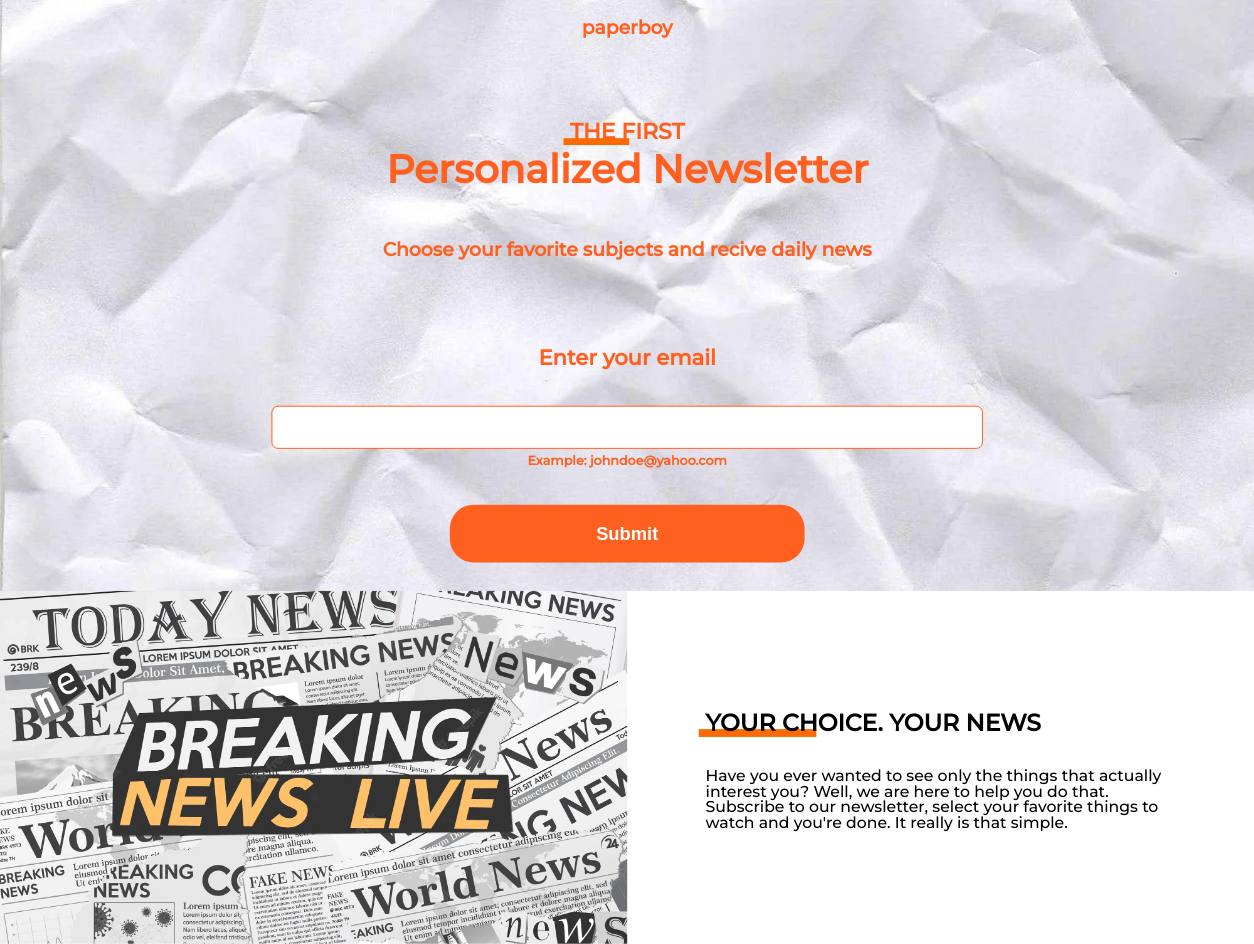
Repository: Gionnn/proiecte
Page: index.html
The author's editor kept a copy of each file at every save. The page is drawn from the files as they stood at one save, then again after the next save.
The browser window is 1280 px wide. The pictures show the whole page, at 98% of full size.

Above is the page before, as saved 2022-11-28 14:58:09.

After the next save:
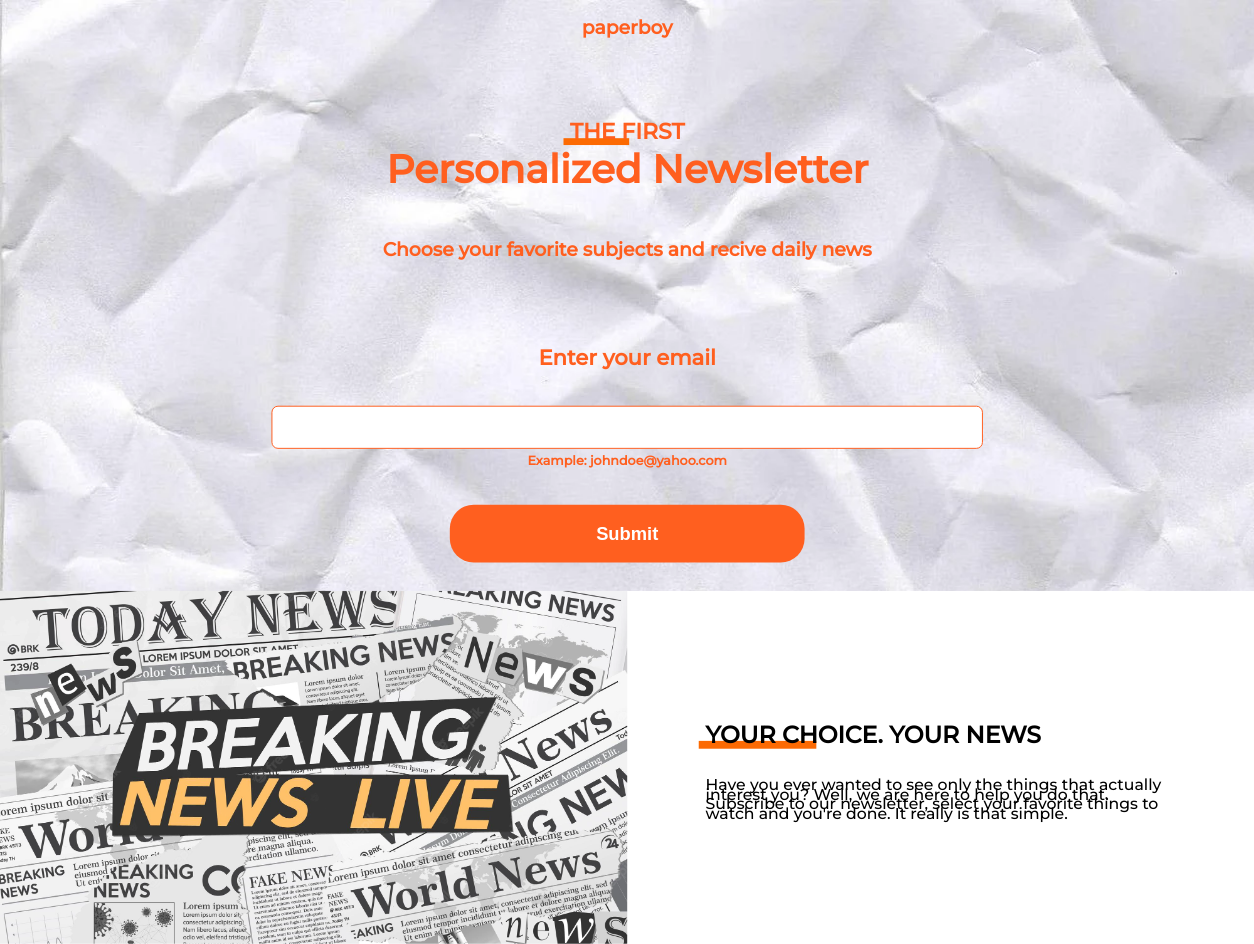
Saved 19 s later.
--- a/css/main.css
+++ b/css/main.css
@@ -154,6 +154,7 @@ p {
   }
   .right-col p {
     margin-top: 2em;
+    line-height: 10px;
   }
   img {
     grid-area: paper;
